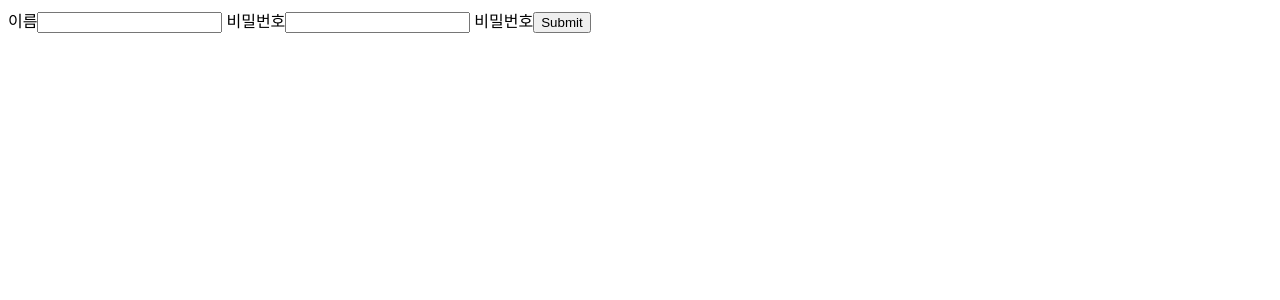
Repository: zero1128/20201113
Page: 선생님코드/20201104_1/WebContent/login.html
These files come from the project's save history. The page is drawn as it stood at one moment and after the next save; the edit follows.
The browser window is 1280 px wide. The pictures show the whole page.

Above is the page before, as saved 2020-11-04 02:16:53.

After the next save:
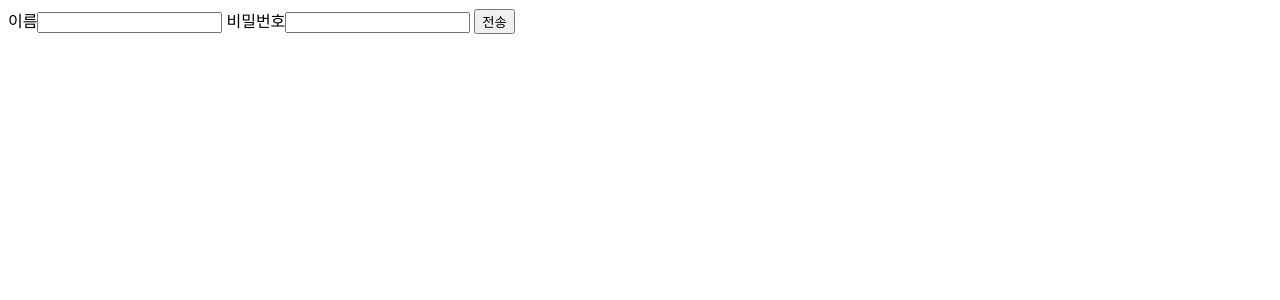
Saved 9 s later.
--- a/선생님코드/20201104_1/WebContent/login.html
+++ b/선생님코드/20201104_1/WebContent/login.html
@@ -8,7 +8,7 @@
 	<form action="LoginServlet">
 		이름<input type="text" name="name"/>
 		비밀번호<input type="text" name="name"/>
-		비밀번호<input type="submit" name="value"/>
+		<input type="submit" value="전송"/>
 	</form>
 </body>
 </html>
